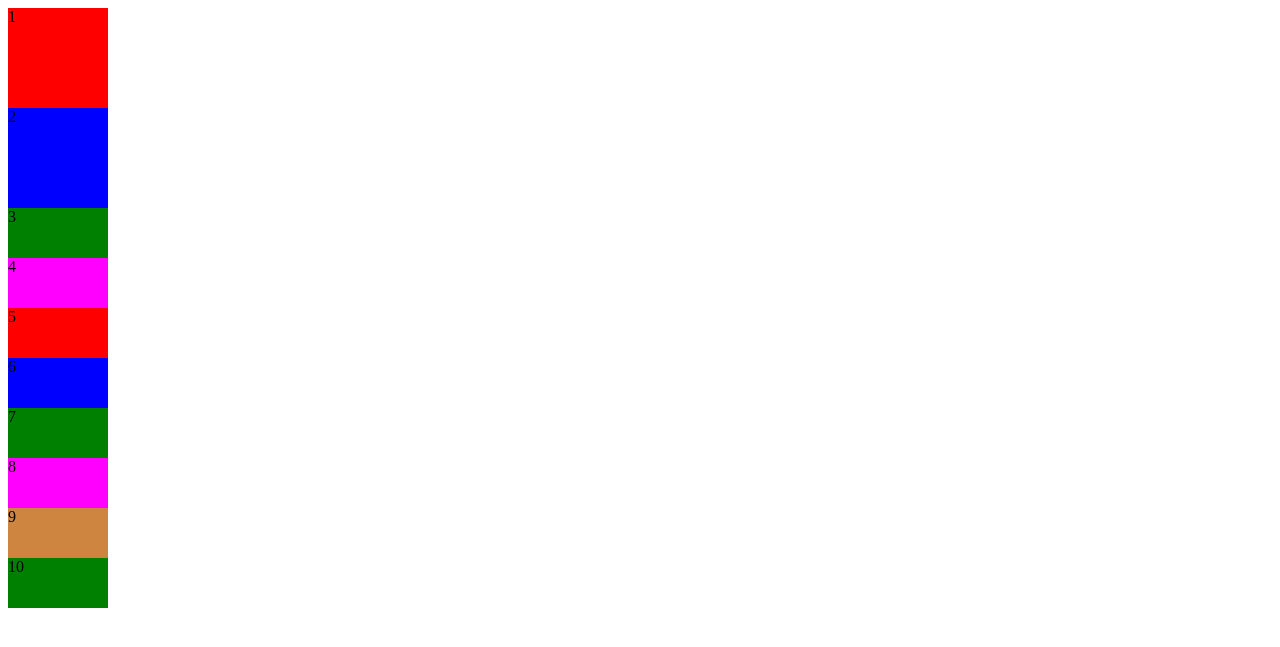
Repository: DinkarRavi/Dinkar_Coding
Page: 22aug24/grid.html
An editor plug-in stored every save of this project. The page is shown before and after the next save, followed by the edit.
The browser window is 1280 px wide. The pictures show the whole page.

Above is the page before, as saved 2024-08-22 15:08:45.

After the next save:
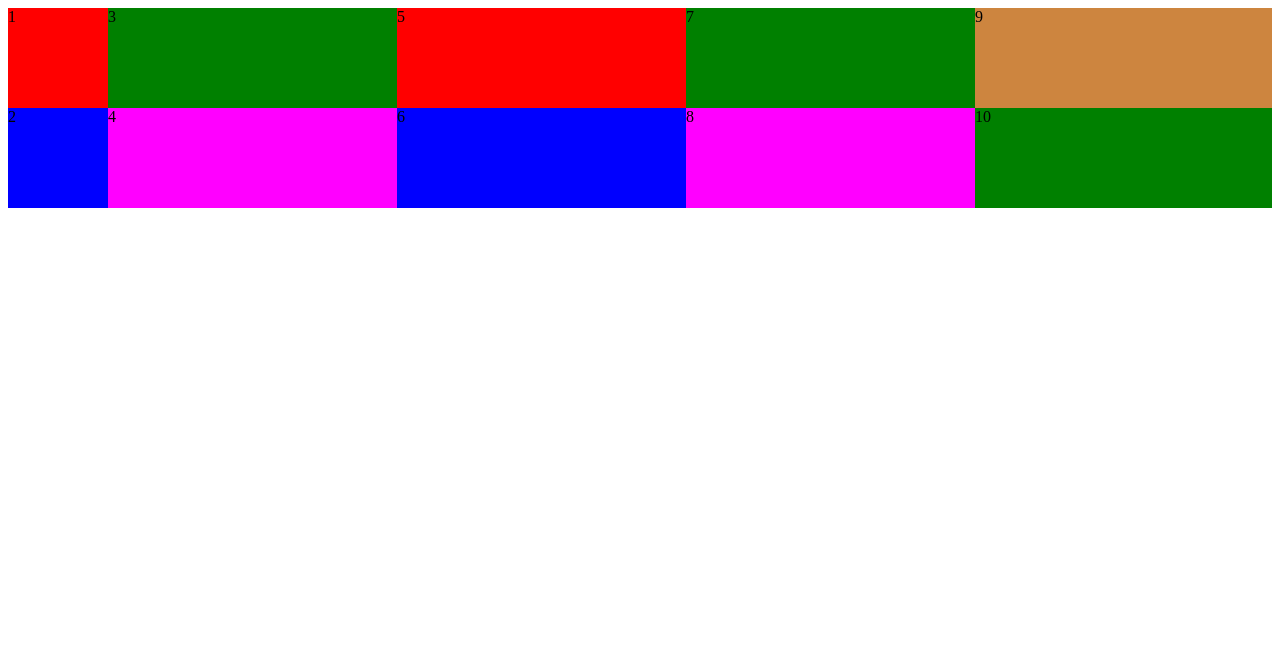
Saved 4 s later.
--- a/22aug24/grid.css
+++ b/22aug24/grid.css
@@ -9,7 +9,7 @@
 grid-template-rows: 100px 100px;
 grid-auto-rows: 50px;
 grid-template-columns:100px;
-grid-auto-flow: ;
+grid-auto-flow: column;
 }
 div{
 div:nth-child(1) {
